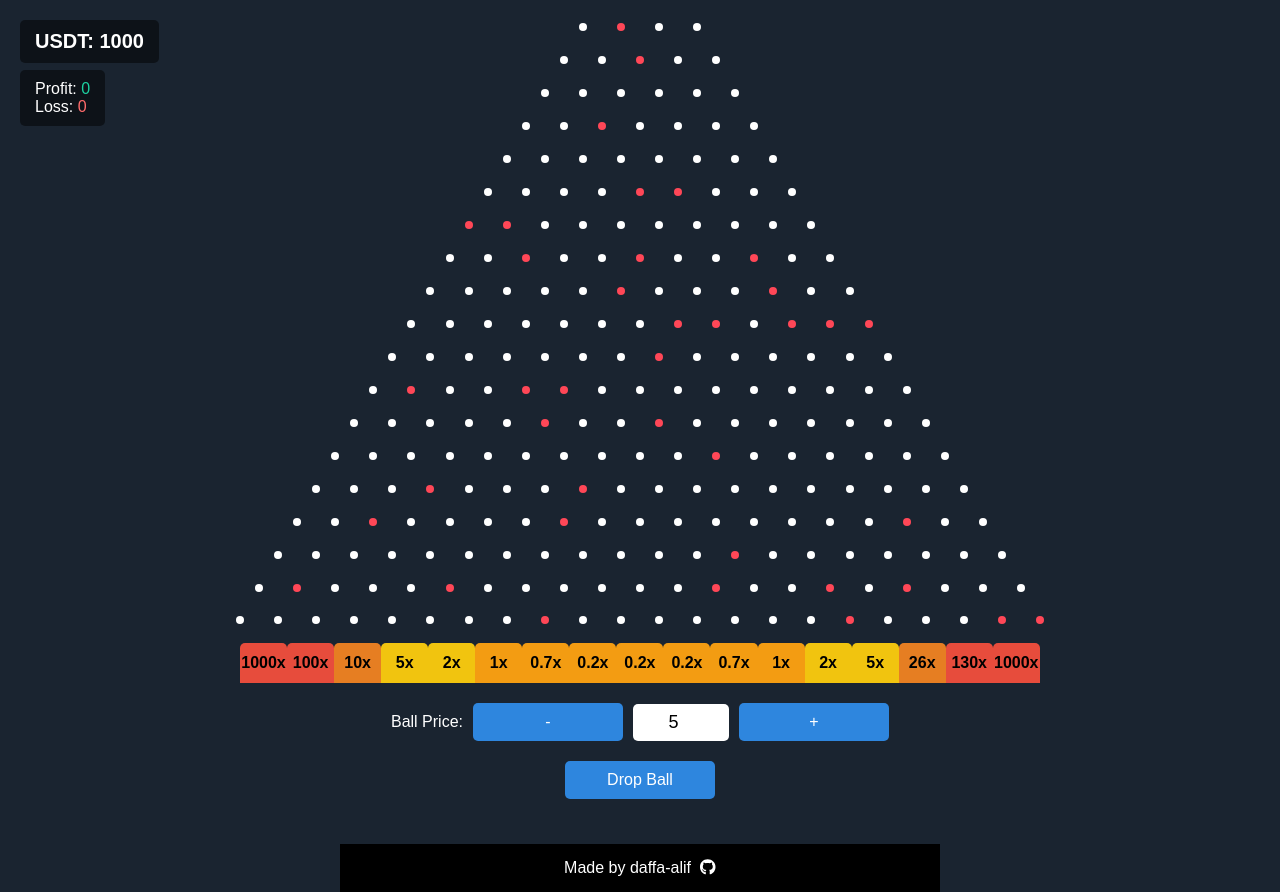
Repository: daffa-alif/PLINKO-JS
Page: index.html
The author's editor kept a copy of each file at every save. The page is drawn from the files as they stood at one save, then again after the next save.
The browser window is 1280 px wide. The pictures show the whole page.

Above is the page before, as saved 2025-03-07 09:29:58.

After the next save:
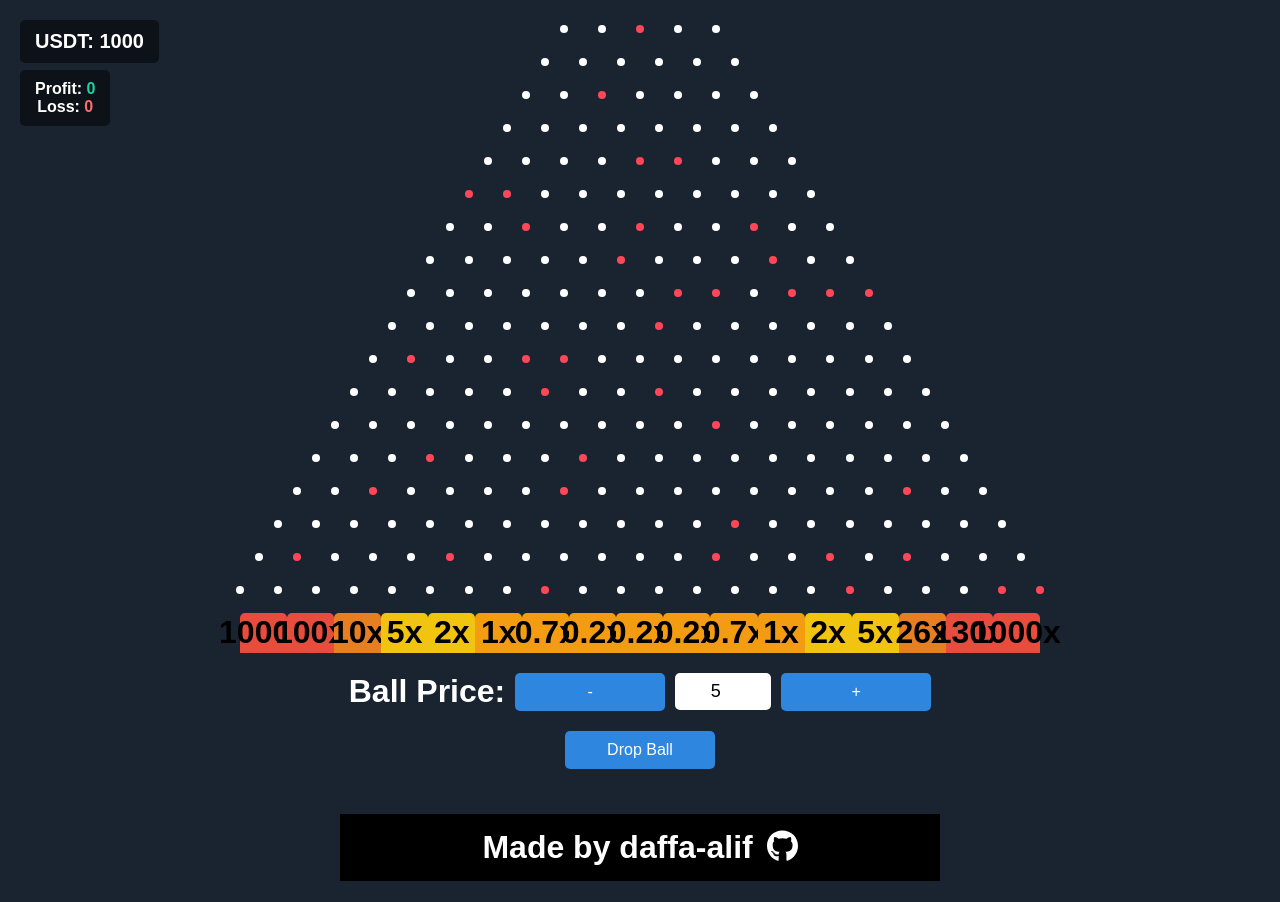
Saved 4 s later.
--- a/index.html
+++ b/index.html
@@ -187,8 +187,7 @@
 
 <div class="">
 <div class="nav" style="text-align: center;">
-    <h1>welcome to plinko <br> (warnignn DON'T GAMBLE)</h1>
-</div>
+    <h1>welcome to plinko <br> (warnignn DON'T GAMBLE)</h1</div>
     <div>
 
         <div>

After the 2 saves that followed:
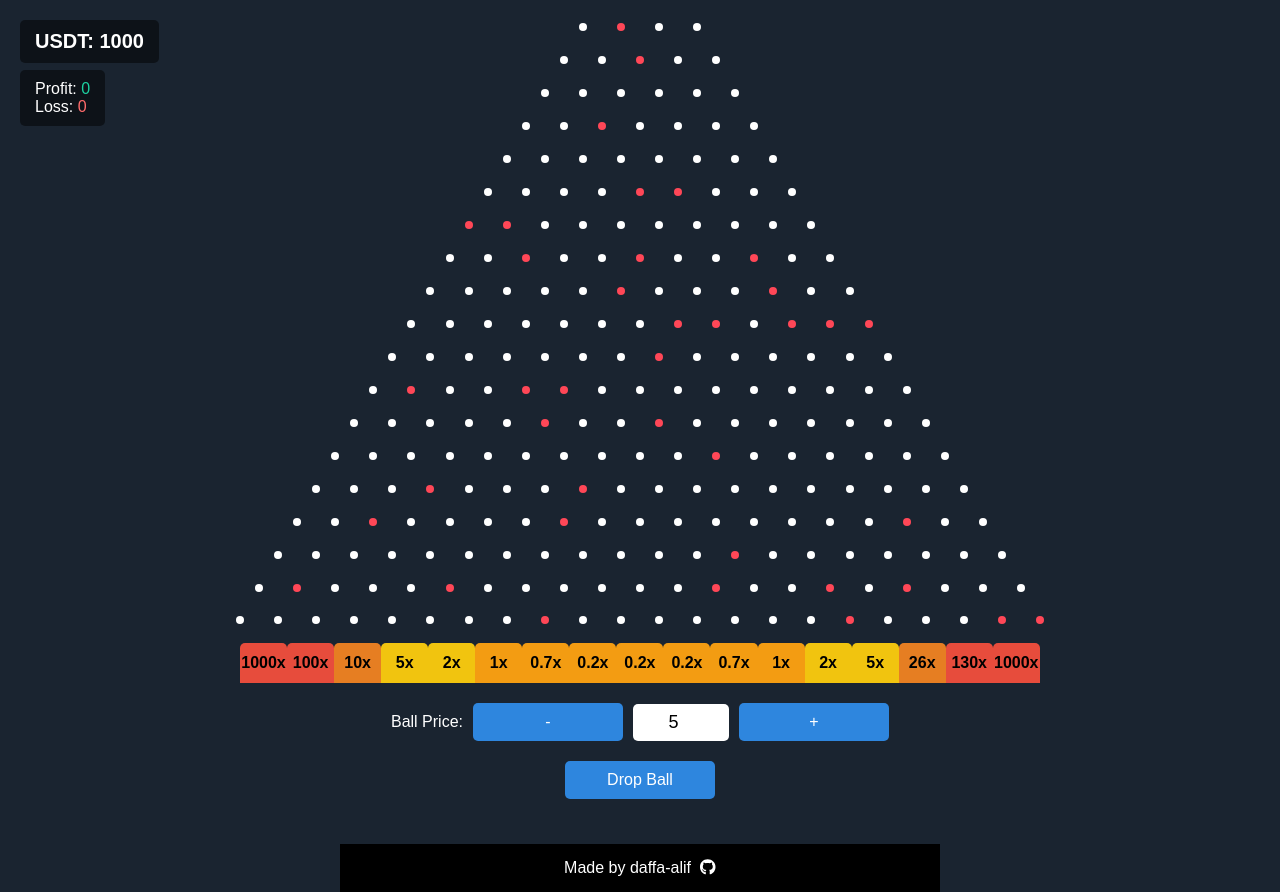
The 2 saves are shown as one change because they came seconds apart.
The last was saved 7 s later.
--- a/index.html
+++ b/index.html
@@ -187,7 +187,8 @@
 
 <div class="">
 <div class="nav" style="text-align: center;">
-    <h1>welcome to plinko <br> (warnignn DON'T GAMBLE)</h1</div>
+    <h1>welcome to plinko <br> (warning DON'T GAMBLE)</h1>
+</div>
     <div>
 
         <div>
